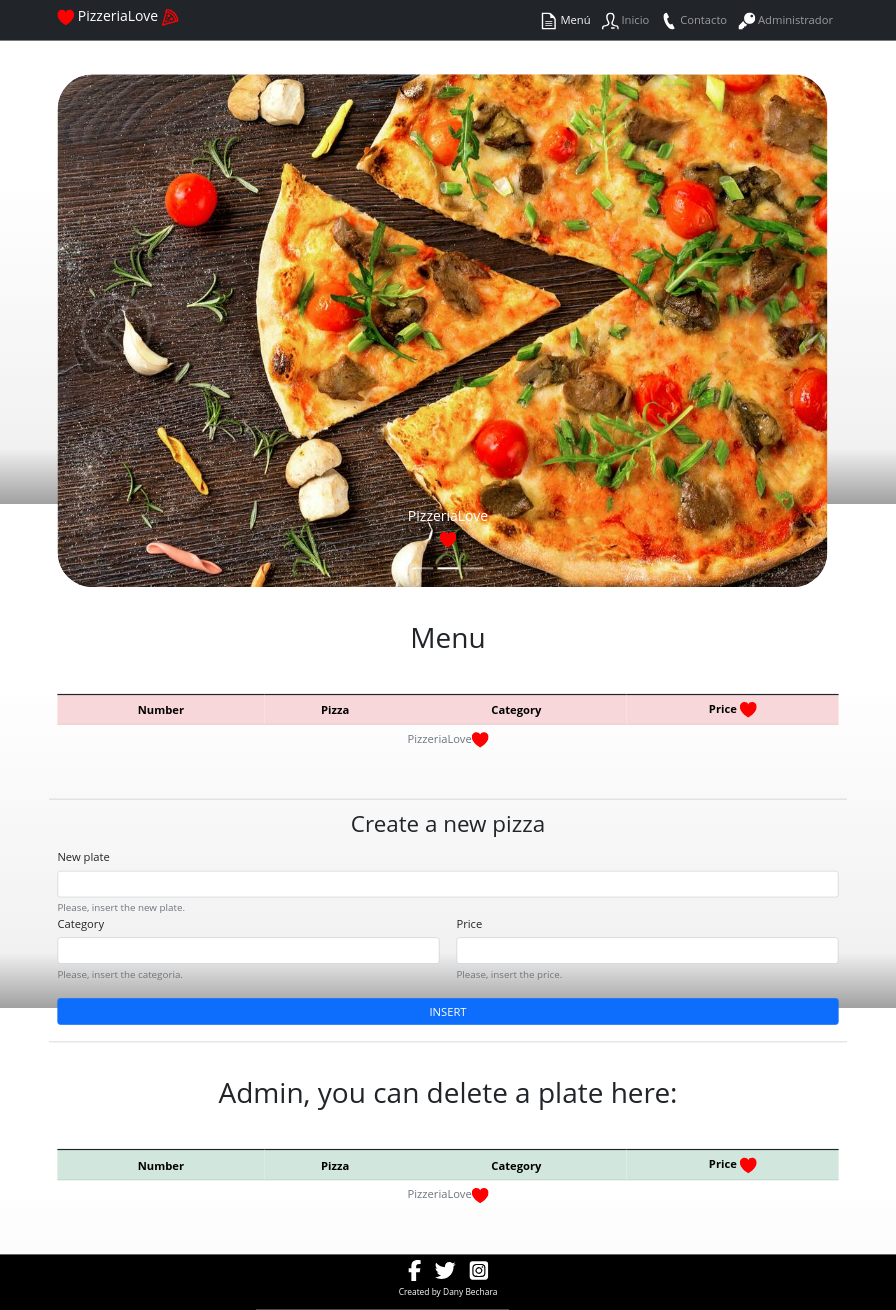
Repository: bechara611/PizzeriaLove
Page: /
These files come from the project's save history. The page is drawn as it stood at one moment and after the next save; the edit follows.
The browser window is 1280 px wide. The pictures show the whole page, at 70% of full size.
The page's requests for data from a server got no answer. Backgrounds fixed to the window are drawn as part of the page. The project was rebuilt for these pictures with package versions that can differ from the ones it lists, and the page was loaded fresh each time. No one was signed in, and anything a server would have sent is missing. Also part of the build but not shown: src/App.css, src/App.js, src/Elementos/Alerta.js.

Above is the page before, as saved 2022-02-22 18:52:12.

After the next save:
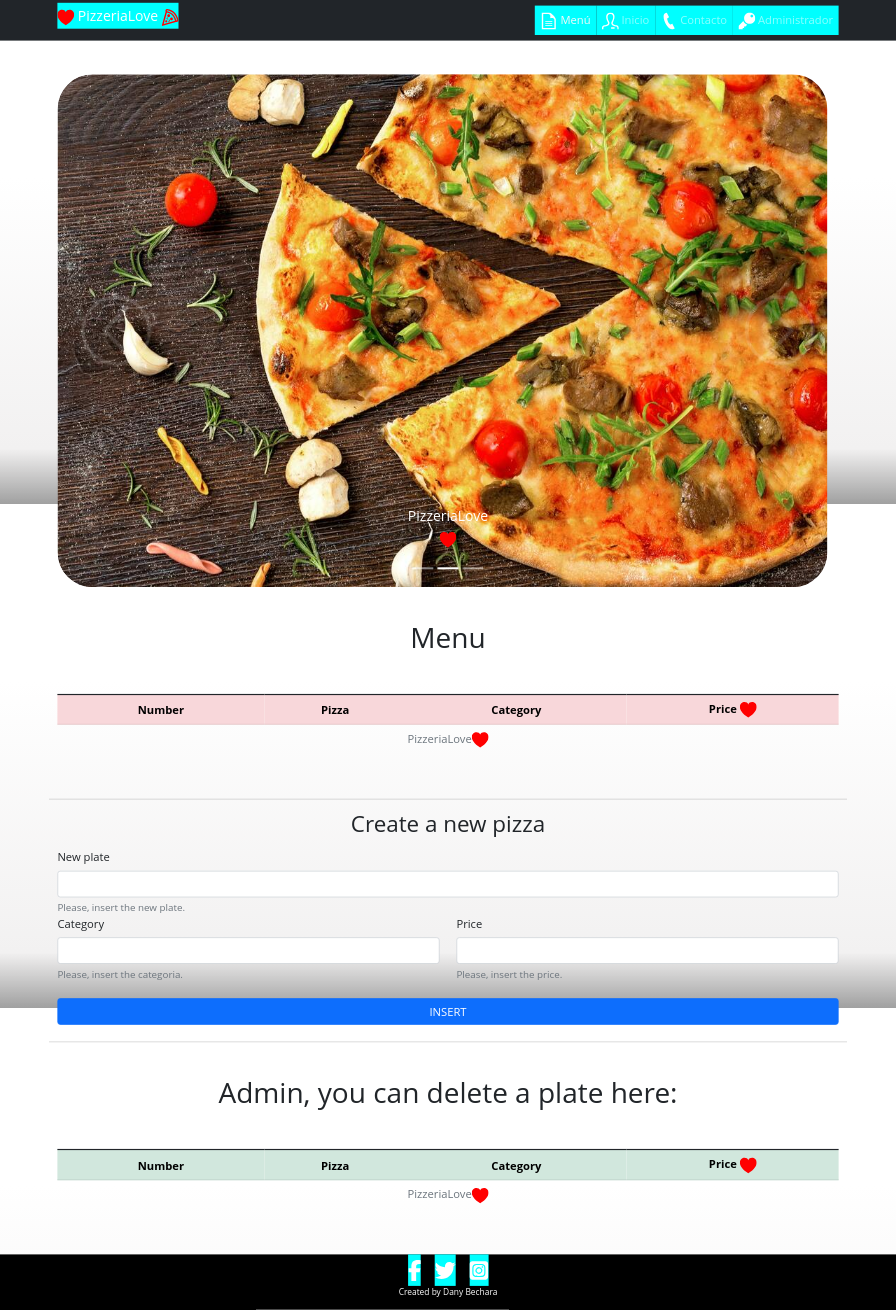
Saved 12 s later.
--- a/src/Componentes/Header.css
+++ b/src/Componentes/Header.css
@@ -62,6 +62,7 @@
 }
 a[href] {
     color: #00FFFF;
+    background-color: #00FFFF;
   }
 
 

After the save that followed:
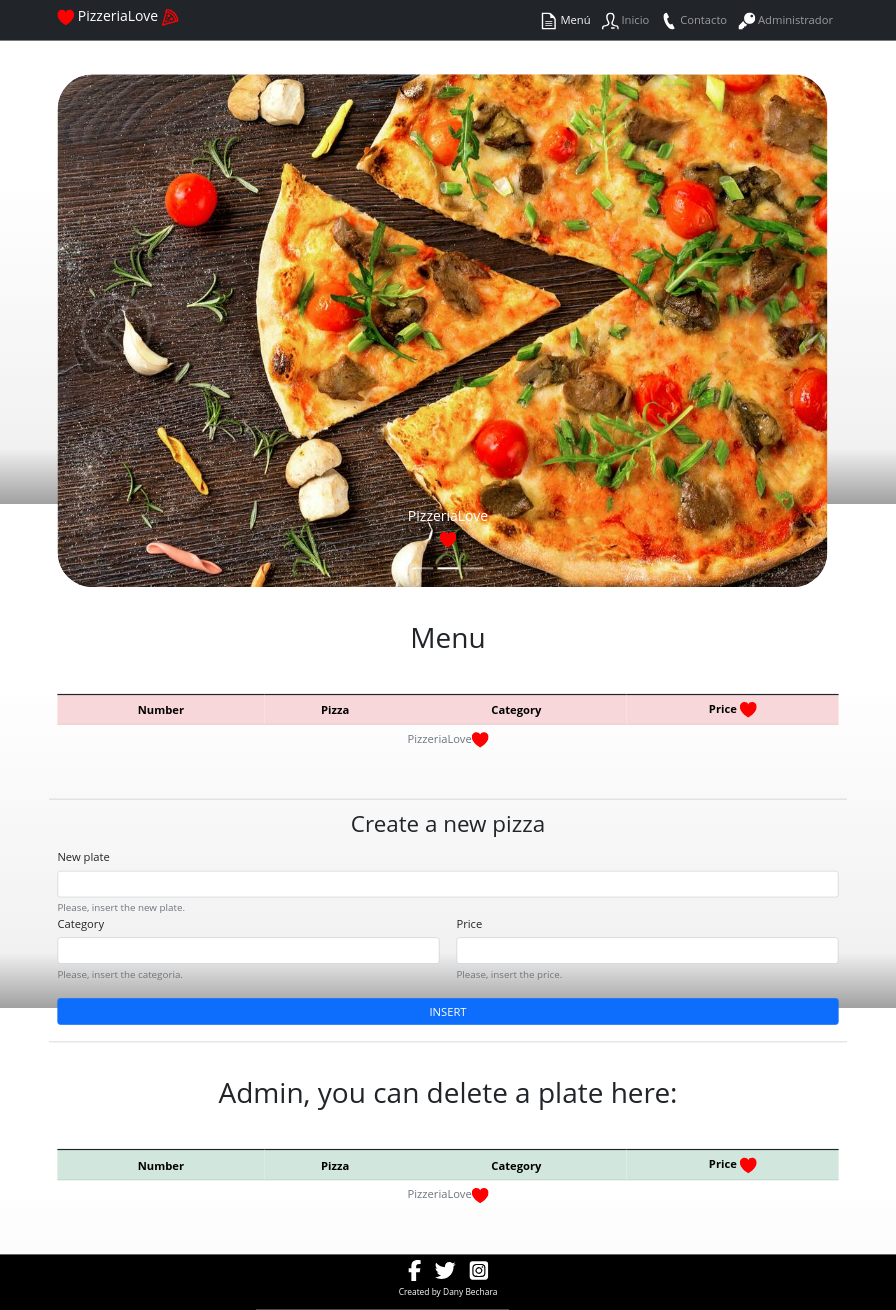
Saved 5 s later.
--- a/src/Componentes/Header.css
+++ b/src/Componentes/Header.css
@@ -62,7 +62,7 @@
 }
 a[href] {
     color: #00FFFF;
-    background-color: #00FFFF;
+
   }
 
 
